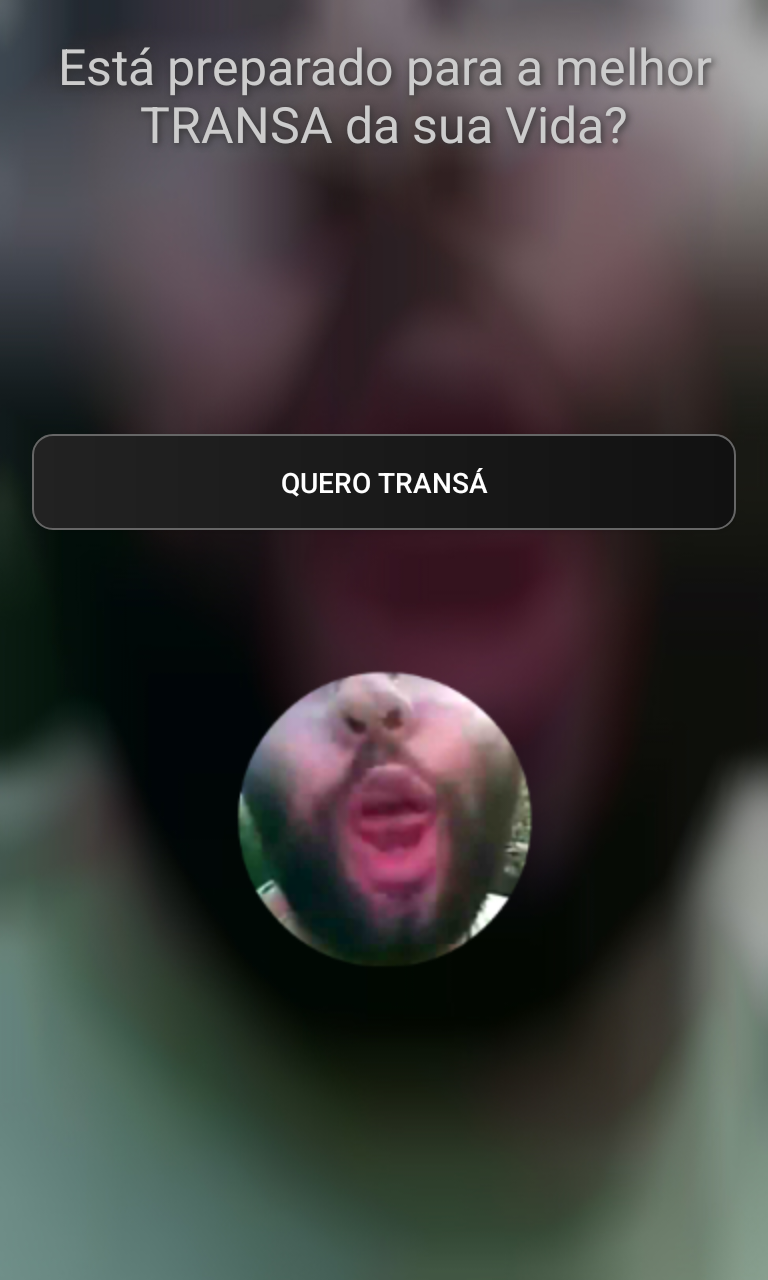
Repository: Cookahn/bioca_sounds
Layout: ChicoBiocaApp/res/layout/activity_main.xml
The author's editor kept a copy of each file at every save. The layout is drawn from the files as they stood at one save, then again after the next save.
It is drawn on a 768 x 1280 px phone screen (xhdpi) without system bars, with theme AppTheme; the app's code is not run.

Above is the layout before, as saved 2014-08-12 16:08:27.

### ChicoBiocaApp/res/layout/activity_main.xml
<LinearLayout xmlns:android="http://schemas.android.com/apk/res/android"
    xmlns:tools="http://schemas.android.com/tools"
    android:layout_width="match_parent"
    android:layout_height="match_parent"
    android:background="@drawable/backgroundtofuck"
    android:orientation="vertical"
    android:paddingBottom="@dimen/activity_vertical_margin"
    android:paddingLeft="@dimen/activity_horizontal_margin"
    android:paddingRight="@dimen/activity_horizontal_margin"
    android:paddingTop="@dimen/activity_vertical_margin"
    tools:context="com.example.chicobiocaapp.MainActivity$PlaceholderFragment" >

    <TextView
        android:layout_width="wrap_content"
        android:layout_height="wrap_content"
        android:gravity="center_horizontal"
        android:shadowColor="#333"
        android:shadowDx="2"
        android:shadowDy="2"
        android:shadowRadius="6"
        android:text="@string/are_you_ready"
        android:textColor="#ccc"
        android:textSize="25sp" />

    <LinearLayout
        android:layout_width="match_parent"
        android:layout_height="match_parent"
        android:gravity="center_vertical"
        android:orientation="vertical" >


        <Button
            android:id="@+id/i_want_to_fuck"
            android:layout_width="match_parent"
            android:layout_height="wrap_content"
            android:layout_gravity="center"
            android:layout_marginBottom="70dp"
            android:background="@drawable/button_to_fuck"
            android:text="@string/i_want_to_fuck"
            android:textColor="#fff" />


        <ImageView
            android:layout_width="wrap_content"
            android:layout_height="wrap_content"
            android:layout_gravity="center_horizontal"
            android:src="@drawable/foto" />
    </LinearLayout>

</LinearLayout>

### ChicoBiocaApp/res/values/strings.xml
<?xml version="1.0" encoding="utf-8"?>
<resources>

    <string name="app_name">Chico Bioca Remix</string>
    <string name="are_you_ready">Está preparado para a melhor TRANSA da sua Vida?</string>
    <string name="action_settings">Settings</string>
    <string name="i_want_to_fuck">Quero Transá</string>

</resources>

### ChicoBiocaApp/res/drawable-mdpi/button_to_fuck.xml
<?xml version="1.0" encoding="utf-8"?>
<shape xmlns:android="http://schemas.android.com/apk/res/android"
    android:padding="10dp"

    android:shape="rectangle" >

    <gradient android:startColor="#222" android:endColor="#111"/>
	<stroke android:width="1dp" android:color="#666" />
    <corners
        android:bottomLeftRadius="10dp"
        android:bottomRightRadius="10dp"
        android:topLeftRadius="10dp"
        android:topRightRadius="10dp" />

</shape>

Loaded but not shown: ChicoBiocaApp/res/values/styles.xml (common file); ChicoBiocaApp/res/values-v11/styles.xml (common file); ChicoBiocaApp/res/values-v14/styles.xml (common file); ChicoBiocaApp/res/values/dimens.xml (common file); ChicoBiocaApp/res/values-w820dp/dimens.xml (common file)

After the next save:
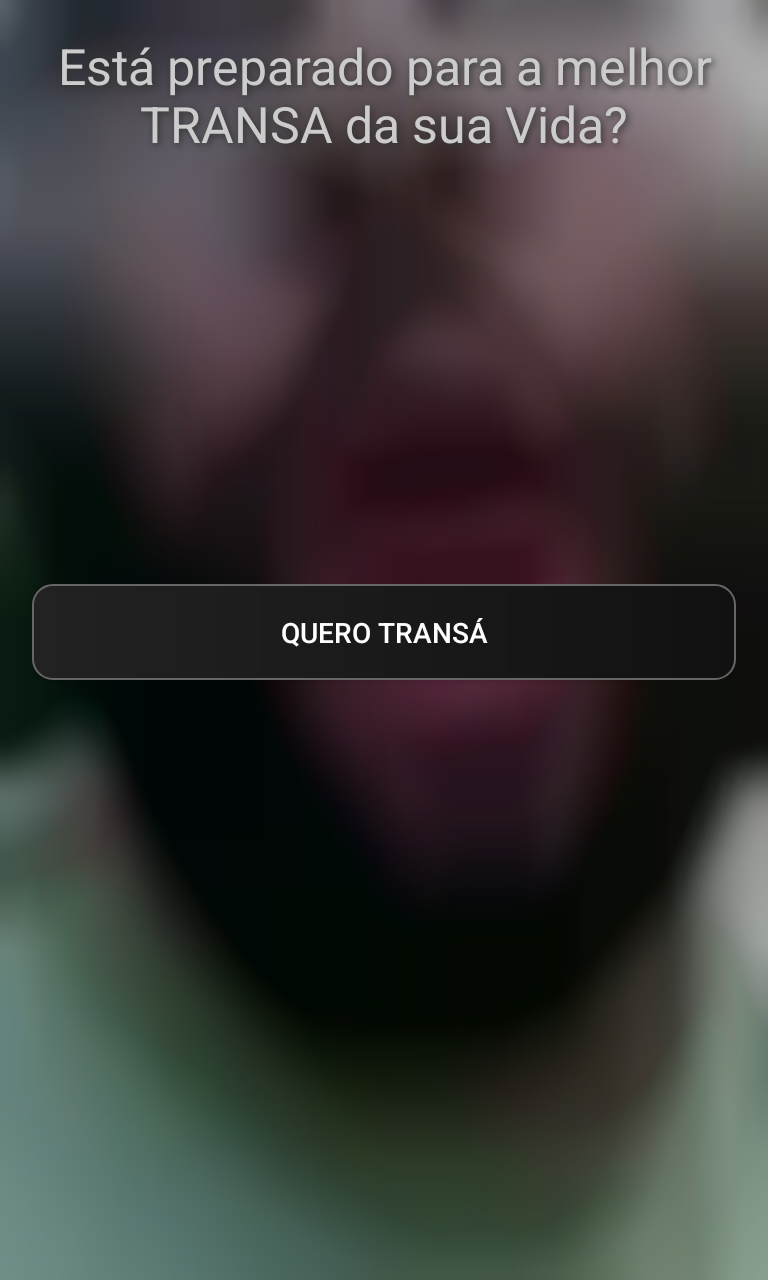
Saved 19 s later.
--- a/ChicoBiocaApp/res/layout/activity_main.xml
+++ b/ChicoBiocaApp/res/layout/activity_main.xml
@@ -38,13 +38,6 @@
             android:background="@drawable/button_to_fuck"
             android:text="@string/i_want_to_fuck"
             android:textColor="#fff" />
-
-
-        <ImageView
-            android:layout_width="wrap_content"
-            android:layout_height="wrap_content"
-            android:layout_gravity="center_horizontal"
-            android:src="@drawable/foto" />
     </LinearLayout>
 
 </LinearLayout>
